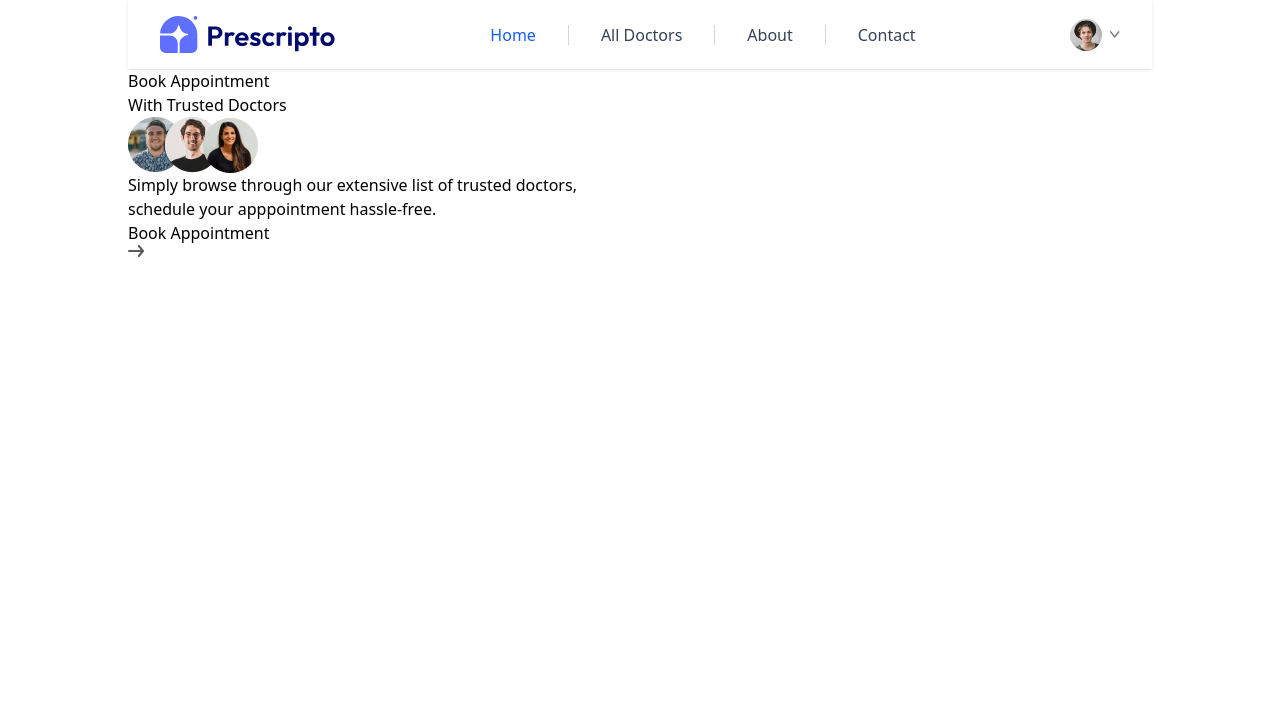
Repository: Pran2535/appointement_booking
Page: / (app in frontend/)
An editor plug-in stored every save of this project. The page is shown before and after the next save, followed by the edit.
The browser window is 1280 px wide. The pictures show the whole page.
The project was rebuilt for these pictures with package versions that can differ from the ones it lists, and the page was loaded fresh each time. Also part of the build but not shown: frontend/vite.config.js, frontend/src/pages/About.jsx, frontend/src/pages/MyAppointments.jsx, frontend/src/pages/Doctors.jsx, frontend/src/pages/Login.jsx, frontend/src/pages/Contact.jsx, frontend/src/pages/MyProfile.jsx, frontend/src/pages/Appointment.jsx.

Above is the page before, as saved 2025-02-16 20:52:30.

After the next save:
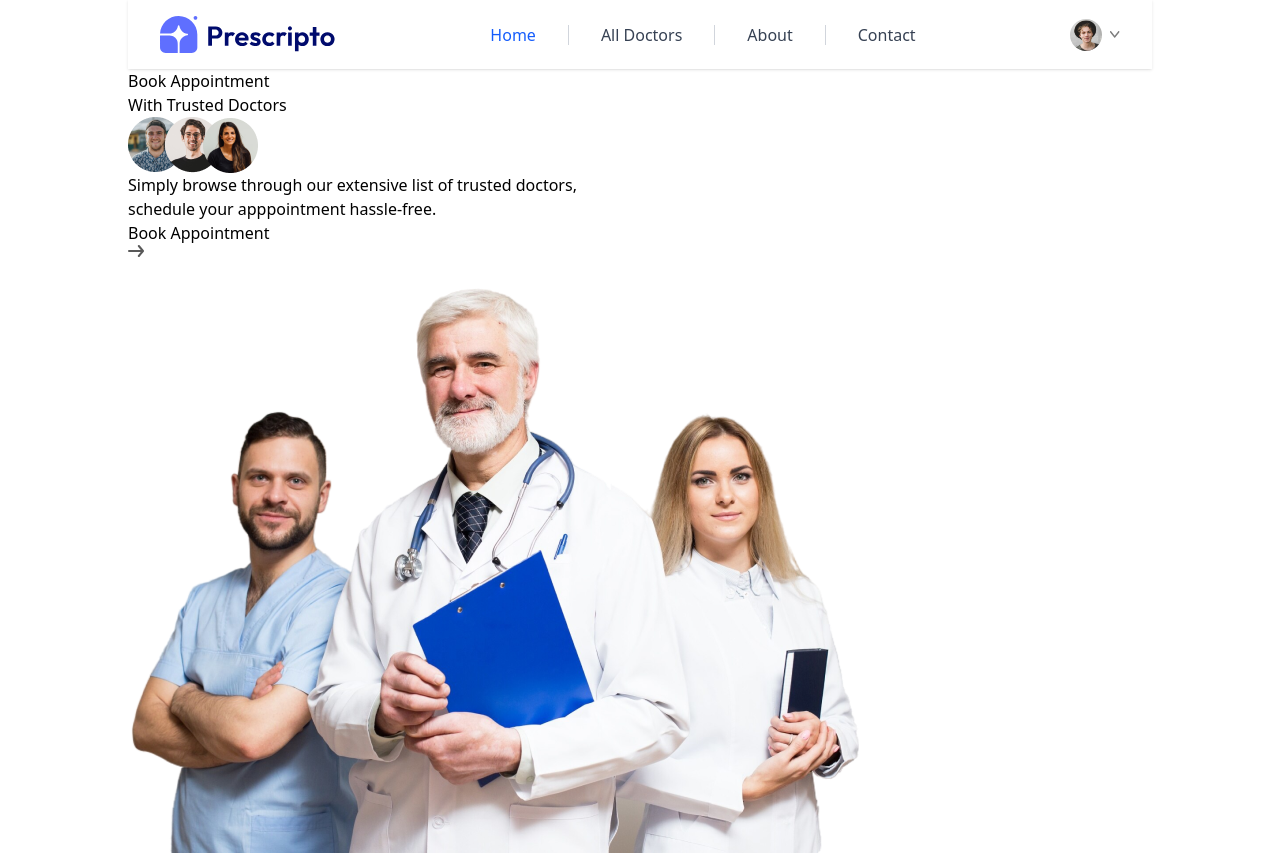
Saved 17 s later.
--- a/frontend/src/components/Header.jsx
+++ b/frontend/src/components/Header.jsx
@@ -17,7 +17,7 @@ const Header = () => {
       </div>
 {/* { right side } */}
 <div className="">
-
+<img src={assets.header_img} alt="" />
 </div>
     </div>
   )
